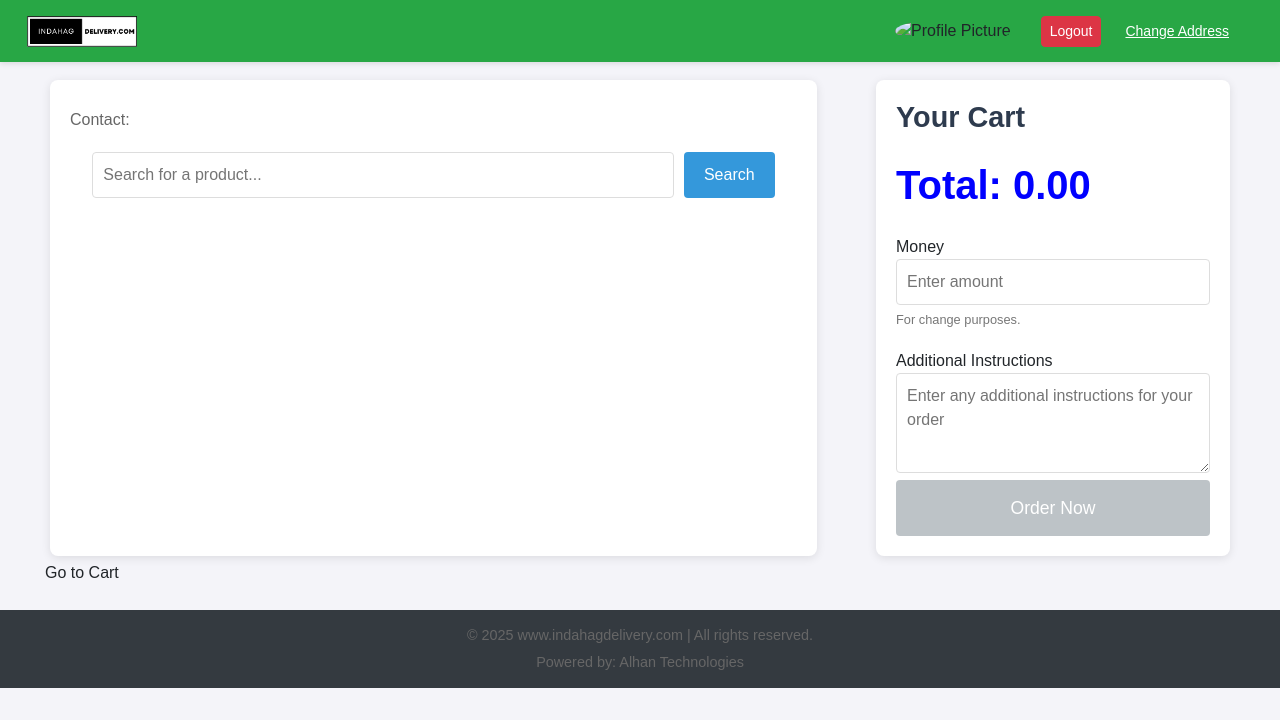
Repository: Jijiluzana225/indahagdelivery.com
Page: store/templates/store/store_products.html
The author's editor kept a copy of each file at every save. The page is drawn from the files as they stood at one save, then again after the next save.
The browser window is 1280 px wide. The pictures show the whole page.
The template is drawn by Django 5.2. The application's start-up code is not run. Other server files are loaded and not shown. The template is opened directly, without the code that normally fills it, so the values that code supplies are empty.

Above is the page before, as saved 2025-01-23 11:52:39.

### store/templates/store/store_products.html
{% extends 'store/base.html' %}

{% block title %}Order from {{ store.name }}{% endblock %}

{% block content %}

<style>
    /* General Styles */
    body {
        font-family: Arial, sans-serif;
        margin: 0;
        padding: 0;
        background-color: #f4f4f9;
    }

    h1, h2, h3 {
        color: #333;
        font-weight: 600;
    }

    p {
        font-size: 1rem;
        color: #666;
        margin-bottom: 0.5rem;
    }

    /* Container for left and right columns */
    .container {
        display: flex;
        justify-content: space-between;
        padding: 5px;
        max-width: 1200px;
        margin: 0 auto;
        flex-wrap: wrap;
    }

    /* Left column - product listing */
    .left-column {
        width: 65%;
        padding: 20px;
        background-color: #fff;
        box-shadow: 0 2px 10px rgba(0, 0, 0, 0.1);
        border-radius: 8px;
        overflow: hidden;
    }

    .left-column h1 {
        font-size: 2rem;
        color: #2e3b4e;
    }

    .left-column p {
        font-size: 1rem;
        margin-bottom: 20px;
    }

    .search-box {
        margin-bottom: 20px;
        display: flex;
        justify-content: center;
    }

    .search-box input {
        width: 80%;
        padding: 10px;
        font-size: 1rem;
        border-radius: 4px;
        border: 1px solid #ddd;
        margin-right: 10px;
    }

    .search-box button {
        background-color: #3498db;
        color: #fff;
        padding: 10px 20px;
        border: none;
        border-radius: 4px;
        cursor: pointer;
    }

    .search-box button:hover {
        background-color: #2980b9;
    }

    .products {
        display: grid;
        grid-template-columns: repeat(auto-fill, minmax(250px, 1fr));
        gap: 20px;
    }

    /* Individual Product Cards */
    .product-card {
        background-color: #fff;
        border: 1px solid #ddd;
        border-radius: 8px;
        padding: 15px;
        box-shadow: 0 2px 8px rgba(0, 0, 0, 0.1);
        text-align: center;
        transition: transform 0.3s ease, box-shadow 0.3s ease;
    }

    .product-card:hover {
        transform: scale(1.05);
        box-shadow: 0 4px 16px rgba(0, 0, 0, 0.2);
    }

    .product-card img {
        max-width: 100%;
        height: auto;
        border-radius: 8px;
    }

    .product-card h3 {
        font-size: 1.2rem;
        color: #2e3b4e;
        margin: 10px 0;
    }

    .product-card p {
        font-size: 0.9rem;
        color: #777;
    }

    .product-card .formatted-price {
        font-size: 1.1rem;
        color: #e74c3c;
        font-weight: bold;
    }

    .product-card button {
        background-color: #28a745;
        color: #fff;
        padding: 10px 20px;
        border: none;
        border-radius: 4px;
        cursor: pointer;
        font-size: 1rem;
        transition: background-color 0.3s ease;
    }

    .product-card button:hover {
        background-color: #218838;
    }

    /* Spacing Between Qty and Add to Cart button */
    .product-card label {
        display: block;
        margin-bottom: 5px;
        font-size: 0.9rem;
        color: #555;
    }

    .product-card input[type="number"] {
        width: 60px;
        padding: 5px;
        margin-bottom: 15px; /* Space between input and button */
        border-radius: 4px;
        border: 1px solid #ddd;
        text-align: center;
        font-size: 1rem;
    }

    /* Right Column - Cart */
    .right-column {
        width: 30%;
        padding: 20px;
        background-color: #fff;
        box-shadow: 0 2px 10px rgba(0, 0, 0, 0.1);
        border-radius: 8px;
        position: sticky;
        top: 20px;
    }

    .right-column h2 {
        font-size: 1.8rem;
        color: #2e3b4e;
        margin-bottom: 20px;
    }

    .cart-items {
        margin-bottom: 20px;
    }

    .cart-item {
        display: flex;
        justify-content: space-between;
        align-items: center;
        padding: 10px 0;
        border-bottom: 1px solid #ddd;
    }

    .cart-item p {
        font-size: 0.85rem; /* Smaller font size */
        color: #333;
    }

    .cart-item input {
        width: 50px;
        padding: 5px;
        border-radius: 4px;
        border: 1px solid #ddd;
        text-align: center;
    }

    .cart-item button {
        background-color: #e74c3c;
        color: #fff;
        border: none;
        padding: 5px 10px;
        border-radius: 4px;
        cursor: pointer;
    }

    .cart-item button:hover {
        background-color: #c0392b;
    }

    .cart-total {
        font-size: 0.9rem; /* Smaller font size */
        font-weight: bold;
        color: #333;
        margin-top: 20px;
    }

    .money-input {
        margin-top: 20px;
    }

    .money-input input {
        width: 100%;
        padding: 10px;
        border-radius: 4px;
        border: 1px solid #ddd;
    }

    .money-input small {
        font-size: 0.8rem;
        color: #777;
        display: block;
        margin-top: 5px;
    }

    .additional-instructions {
        margin-top: 20px;
    }

    .additional-instructions textarea {
        width: 100%;
        height: 100px;
        padding: 10px;
        border-radius: 4px;
        border: 1px solid #ddd;
        font-size: 1rem;
    }

    .order-button {
        background-color: #3498db;
        color: #fff;
        border: none;
        padding: 15px 20px;
        font-size: 1.1rem;
        border-radius: 4px;
        width: 100%;
        cursor: pointer;
        transition: background-color 0.3s ease;
    }

    .order-button:disabled {
        background-color: #bdc3c7;
        cursor: not-allowed;
    }

    .order-button:hover:not(:disabled) {
        background-color: #2980b9;
    }

    /* Responsive Design */
    /* Responsive Design */
@media (max-width: 768px) {
    .container {
        flex-direction: column;
        align-items: center;
    }

    .left-column, .right-column {
        width: 100%;
        margin-bottom: 20px;
    }

    .products {
        grid-template-columns: repeat(2, 1fr); /* Two columns on smaller screens */
        gap: 10px; /* Adjust spacing for smaller screens */
    }

    .store-header {
        display: flex;
        flex-direction: column;
        align-items: center;
        text-align: center;
        margin-bottom: 20px;
    }

    .store-header h1 {
        font-size: 2rem;
        color: #2e3b4e;
        margin-bottom: 10px;
    }

    .store-header p {
        font-size: 1rem;
        color: #666;
    }

    .product-card img {
        max-width: 80%;  /* Adjust this percentage to control the size */
        height: auto;
        border-radius: 8px;
    }

    .cart-items {
        font-size: 0.75rem; /* Smaller font size */
    }

    .cart-item p {
        font-size: 0.75rem; /* Smaller font size for cart item text */
    }


    /* Fixed Go to Cart Box */
    .go-to-cart-box {
        position: fixed;
        bottom: 20px;
        right: 20px;
        background-color: #3498db;
        color: #fff;
        padding: 15px 30px;
        border-radius: 8px;
        font-size: 1rem;
        cursor: pointer;
        box-shadow: 0 2px 10px rgba(0, 0, 0, 0.1);
        transition: background-color 0.3s ease;
    }


}



</style>

<div class="container">
    <div class="left-column">
        <div class="store-header">
        <h1>{{ store.name }}</h1>
        <p>Contact: {{ store.contact_number }}</p>
        </div>
        <!-- Search Box -->
        <div class="search-box">
            <input type="text" id="searchBox" placeholder="Search for a product..." onkeyup="filterProducts()">
            <button>Search</button>
        </div>

        <div class="products" id="products-list">
            {% for item in items %}
            <div class="product-card" data-name="{{ item.product.name|lower }}">
                <img src="{{ item.product.picture.url }}" alt="{{ item.product.name }}">
                <h3>{{ item.product.name }}</h3>
                <p>{{ item.product.description }}</p>
                <p>Price: <span class="formatted-price">{{ item.product.price }}</span></p>
                <label for="quantity-{{ item.id }}">Qty:</label>
                <input type="number" id="quantity-{{ item.id }}" name="quantity" min="1" value="1">
                <button onclick="addToCart({{ item.id }}, '{{ item.product.name }}', {{ item.product.price }})">Add to Cart</button>
            </div>
            {% endfor %}
        </div>
    </div>

    <!-- Right column (cart) -->
    <div class="right-column">
        <h2>Your Cart</h2>
        <div class="cart-items" id="cart-items"></div>
        <div class="cart-total" id="cart-total" style="font-size:40px; color:blue";>Total: 0.00</div>

       <div class="money-input">
            <label for="money">Money</label>
            <input type="number" id="money" name="money" placeholder="Enter amount">
            <small>For change purposes.</small>
        </div>

        <!-- Additional Instructions Section -->
        <div class="additional-instructions">
            <label for="additional-instructions">Additional Instructions</label>
            <textarea id="additional-instructions" placeholder="Enter any additional instructions for your order"></textarea>
        </div>

        <!-- Order Now Button -->
        <button class="order-button" id="orderButton" onclick="proceedToCheckout()" disabled>Order Now</button>
    </div>
</div>

<div id="go-to-cart-box" class="go-to-cart-box">
    Go to Cart
</div>

<script>
    let cart = [];

    function formatPrice(price) {
        return new Intl.NumberFormat('en-US', { minimumFractionDigits: 2, maximumFractionDigits: 2 }).format(price);
    }

    function addToCart(itemId, itemName, itemPrice) {
        const quantity = parseInt(document.getElementById(`quantity-${itemId}`).value);
        const existingItem = cart.find(item => item.id === itemId);

        if (existingItem) {
            existingItem.quantity += quantity;
        } else {
            cart.push({ id: itemId, name: itemName, price: itemPrice, quantity: quantity });
        }

        renderCart();
    }

    function updateCartItem(itemId, newQuantity) {
        const item = cart.find(item => item.id === itemId);
        if (item) {
            item.quantity = newQuantity;
            renderCart();
        }
    }

    function deleteCartItem(itemId) {
        cart = cart.filter(item => item.id !== itemId);
        renderCart();
    }

    function renderCart() {
        const cartItemsContainer = document.getElementById('cart-items');
        const cartTotal = document.getElementById('cart-total');
        const orderButton = document.getElementById('orderButton');
        cartItemsContainer.innerHTML = '';
        let total = 0;

        cart.forEach(item => {
            const itemTotal = item.price * item.quantity;
            total += itemTotal;

            cartItemsContainer.innerHTML += `
                <div class="cart-item">
                    <p>${item.name}</p>
                    <p>Price: ${formatPrice(item.price)}</p>
                    <input type="number" min="1" value="${item.quantity}" onchange="updateCartItem(${item.id}, this.value)">
                    <p>${formatPrice(itemTotal)}</p>
                    <button onclick="deleteCartItem(${item.id})">×</button>
                </div>
            `;
        });

        cartTotal.innerText = `Total: ${formatPrice(total)}`;

        // Enable the "Order Now" button only if the cart is not empty
        orderButton.disabled = cart.length === 0;
    }

    function calculateTotalPrice() {
        return cart.reduce((total, item) => total + item.price * item.quantity, 0);
    }

    function proceedToCheckout() {
        const storeId = '{{ store.id }}';  // Assuming store.id is available
        const totalPrice = calculateTotalPrice();  // Total price from cart
        const cartItems = cart.map(item => `${item.name},${item.price},${item.quantity}`).join("|");

        const money = document.getElementById('money').value;
        const instructions = document.getElementById('additional-instructions').value;

        // Make the POST request
        fetch('/checkout/', {
            method: 'POST',
            headers: {
                'Content-Type': 'application/x-www-form-urlencoded',
                'X-CSRFToken': '{{ csrf_token }}'  // CSRF token
            },
            body: `store_id=${storeId}&total_price=${totalPrice}&cart_items=${cartItems}&money=${money}&instructions=${instructions}`
        })
        .then(response => response.json())
        .then(data => {
            if (data.success) {
                alert('Order placed successfully!');
                window.location.href = '/dashboard';
            } else {
                alert('There was an error placing your order.');
            }
        })
        .catch(error => console.error('Error:', error));
    }



    function filterProducts() {
        const searchTerm = document.getElementById("searchBox").value.toLowerCase();
        const productCards = document.querySelectorAll(".product-card");

        productCards.forEach(card => {
            const productName = card.getAttribute("data-name");
            if (productName.includes(searchTerm)) {
                card.style.display = "block";
            } else {
                card.style.display = "none";
            }
        });
    }

    function addToCart(itemId, itemName, itemPrice) {
        const quantity = parseInt(document.getElementById(`quantity-${itemId}`).value);
        const existingItem = cart.find(item => item.id === itemId);

        if (existingItem) {
            existingItem.quantity += quantity;
        } else {
            cart.push({ id: itemId, name: itemName, price: itemPrice, quantity: quantity });
        }

        renderCart();

        // Format itemPrice and total price to Philippine Pesos
        const formattedPrice = new Intl.NumberFormat('en-PH', {
            style: 'currency',
            currency: 'PHP',
            minimumFractionDigits: 2,
            maximumFractionDigits: 2
        }).format(itemPrice);

        const cartTotal = document.getElementById('cart-total').innerText;

        // Pop-up message with quantity, product name, formatted price, and cart total
        alert(`${quantity} ${itemName}(s) at ${formattedPrice}\n\nAdded to Cart\n\n${cartTotal}\n\n\nPlease review your CART at the bottom.`);
    }


    function updateOrderStatus(orderId, status) {
        fetch(`/update_order_status/${orderId}/`, {
            method: 'POST',
            headers: {
                'Content-Type': 'application/json',
                'X-CSRFToken': '{{ csrf_token }}'
            },
            body: JSON.stringify({ status: status })
        })
        .then(response => response.json())
        .then(data => {
            if (data.success) {
                alert('Order status updated');
            } else {
                alert('Failed to update status');
            }
        });
    }




</script>

{% endblock %}

### store/templates/store/base.html
{% load static %}
<!DOCTYPE html>
<html lang="en">
<head>
    <meta charset="UTF-8">
    <meta name="viewport" content="width=device-width, initial-scale=1.0">
    <title>indahagdelivery.com</title>
    <link href="https://cdn.jsdelivr.net/npm/bootstrap@5.3.0-alpha3/dist/css/bootstrap.min.css" rel="stylesheet">
    <style>
        /* Navbar Styling */
        .navbar {
            position: fixed;
            top: 0;
            left: 0;
            right: 0;
            width: 100%;
            background-color: #28a745; /* E-commerce theme */
            padding: 10px 15px;
            z-index: 1000;
            box-shadow: 0 2px 5px rgba(0, 0, 0, 0.1);
        }

        .navbar .navbar-brand img {
            max-width: 110px;
        }

        .navbar-nav {
            display: flex;
            align-items: center;
        }

        .navbar-nav .nav-item {
            margin-right: 15px;
        }

        .open-close-btn {
            padding: 6px 14px;
            font-size: 0.9rem;
            background-color: #007bff;
            color: #fff;
            border: none;
            border-radius: 20px;
            transition: background-color 0.3s ease;
        }

        .open-close-btn:hover {
            background-color: #0056b3;
        }

        .profile-picture {
            width: 35px;
            height: 35px;
            border-radius: 50%;
            object-fit: cover;
        }

        /* Responsive Navbar Adjustments */
        @media (max-width: 768px) {
            .navbar-brand img {
                max-width: 80px;
            }

            .navbar-nav .nav-item {
                margin-right:10px;
            }

            .open-close-btn {
                margin-top: 10px;
            }
        }

        /* Footer Styling */
        footer {
            background-color: #343a40;
            color: #fff;
            padding: 15px;
            text-align: center;
            margin-top: 20px;
        }

        footer .footer-text p {
            margin: 0;
            font-size: 0.9rem;
        }

        footer .footer-text p:not(:last-child) {
            margin-bottom: 5px;
        }
    </style>
</head>
<body style="margin-top: 70px;">
    <!-- Navbar -->
    <nav class="navbar navbar-expand-lg navbar-dark">
        <div class="container-fluid">
            <a href="{% url 'store_list' %}" class="navbar-brand">
                <img src="{% static 'admin/img/Indahag.png' %}" alt="Logo">
            </a>

            <!-- Open/Close Button -->
            {% if request.user.is_authenticated and 'Store' in request.user.groups.all|join:" " %}
                <a href="{% url 'update_store_open' %}" class="open-close-btn">Open/Close</a>
            {% endif %}

            <button class="navbar-toggler" type="button" data-bs-toggle="collapse" data-bs-target="#navbarNav" aria-controls="navbarNav" aria-expanded="false" aria-label="Toggle navigation">
                <span class="navbar-toggler-icon"></span>
            </button>
            <div class="collapse navbar-collapse" id="navbarNav">
                <ul class="navbar-nav ms-auto">
                    <li class="nav-item">
                        <img src="{{ user.customer.profile_picture.url }}" alt="Profile Picture" class="profile-picture">
                    </li>
                    <li class="nav-item">
                        <h5 class="mb-0 text-white">{{ user.customer.name }}</h5>
                    </li>
                    <li class="nav-item">
                        <form action="{% url 'logout' %}" method="POST" class="d-inline">
                            {% csrf_token %}
                            <button type="submit" class="btn btn-danger btn-sm">Logout</button>
                        </form>
                    </li>
                    <li class="nav-item">
                        <a href="{% url 'update_profile' %}" class="btn btn-link btn-sm text-white">Change Address</a>
                    </li>
                </ul>
            </div>
        </div>
    </nav>

    <!-- Content Block -->
    <div class="container mt-4">
        {% block content %}
        {% endblock %}
    </div>

    <!-- Footer -->
    <footer>
        <div class="footer-text">
            <p>&copy; 2025 www.indahagdelivery.com | All rights reserved.</p>
            <p>Powered by: Alhan Technologies</p>
        </div>
    </footer>

    <!-- Scripts -->
    <script src="https://cdn.jsdelivr.net/npm/bootstrap@5.3.0-alpha3/dist/js/bootstrap.bundle.min.js"></script>
</body>
</html>

After the next save:
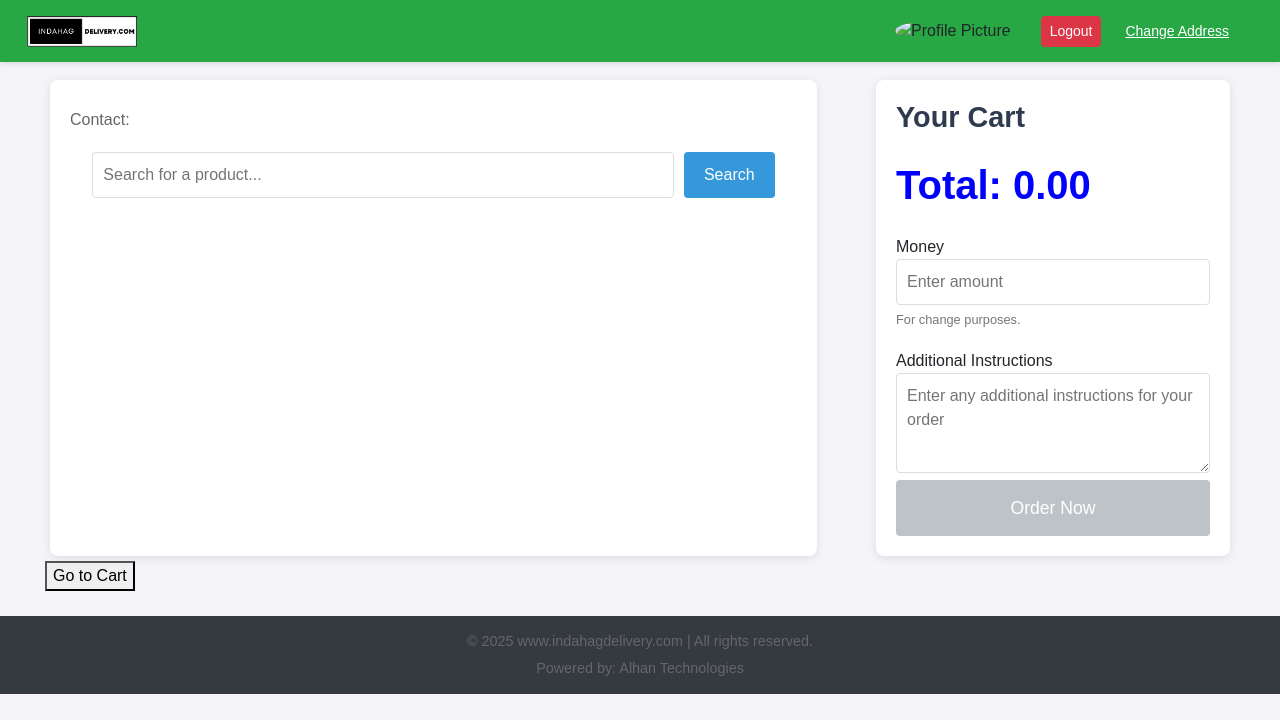
Saved 2 min 53 s later.
--- a/store/templates/store/store_products.html
+++ b/store/templates/store/store_products.html
@@ -398,9 +398,17 @@
     </div>
 </div>
 
-<div id="go-to-cart-box" class="go-to-cart-box">
-    Go to Cart
+<div class="go-to-cart">
+    <button onclick="scrollToCart()">Go to Cart</button>
 </div>
+
+<script>
+    // Function to scroll to the right-column (cart)
+    function scrollToCart() {
+        const cartSection = document.querySelector('.right-column');
+        cartSection.scrollIntoView({ behavior: 'smooth' });
+    }
+</script>
 
 <script>
     let cart = [];
